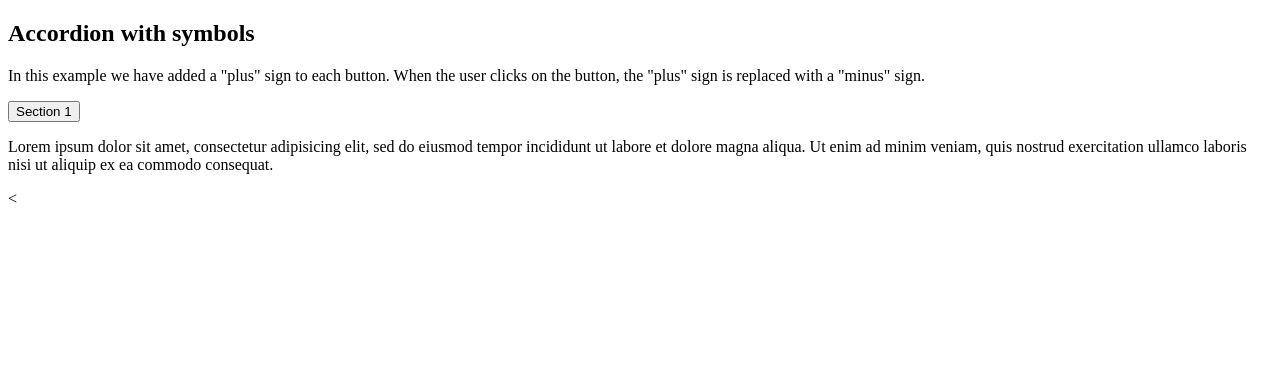
Repository: 16lineEyes/accordion
Page: index.html/index.html
An editor plug-in stored every save of this project. The page is shown before and after the next save, followed by the edit.
The browser window is 1280 px wide. The pictures show the whole page.

Above is the page before, as saved 2024-07-20 19:44:44.

### index.html/index.html
<!DOCTYPE html>
<html lang="en">
<head>
    <meta charset="UTF-8">
    <meta name="viewport" content="width=device-width, initial-scale=1.0">
    <title>Document</title>
</head>
<body>
    <h2>Accordion with symbols</h2>
<p>In this example we have added a "plus" sign to each button. When the user clicks on the button, the "plus" sign is replaced with a "minus" sign.</p>
<button class="accordion">Section 1</button>
<div class="panel">  <p>Lorem ipsum dolor sit amet, consectetur adipisicing elit, sed do eiusmod tempor incididunt ut labore et dolore magna aliqua. Ut enim ad minim veniam, quis nostrud exercitation ullamco laboris nisi ut aliquip ex ea commodo consequat.</p>

</div>
<
</body>
</html>

After the next save:
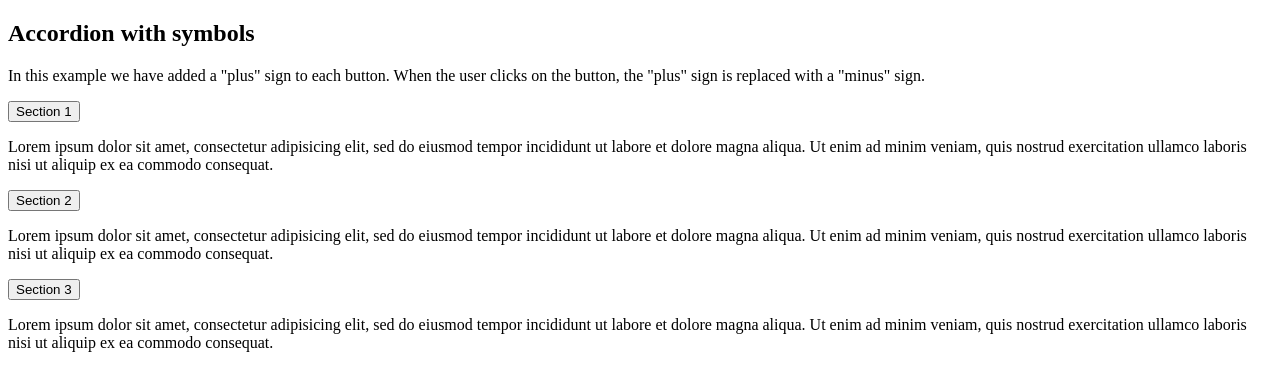
Saved 29 s later.
--- a/index.html/index.html
+++ b/index.html/index.html
@@ -12,6 +12,15 @@
 <div class="panel">  <p>Lorem ipsum dolor sit amet, consectetur adipisicing elit, sed do eiusmod tempor incididunt ut labore et dolore magna aliqua. Ut enim ad minim veniam, quis nostrud exercitation ullamco laboris nisi ut aliquip ex ea commodo consequat.</p>
 
 </div>
-<
+<button class="accordion">Section 2</button>
+<div class="panel">
+  <p>Lorem ipsum dolor sit amet, consectetur adipisicing elit, sed do eiusmod tempor incididunt ut labore et dolore magna aliqua. Ut enim ad minim veniam, quis nostrud exercitation ullamco laboris nisi ut aliquip ex ea commodo consequat.</p>
+</div>
+
+<button class="accordion">Section 3</button>
+<div class="panel">
+  <p>Lorem ipsum dolor sit amet, consectetur adipisicing elit, sed do eiusmod tempor incididunt ut labore et dolore magna aliqua. Ut enim ad minim veniam, quis nostrud exercitation ullamco laboris nisi ut aliquip ex ea commodo consequat.</p>
+</div>
+
 </body>
 </html>
